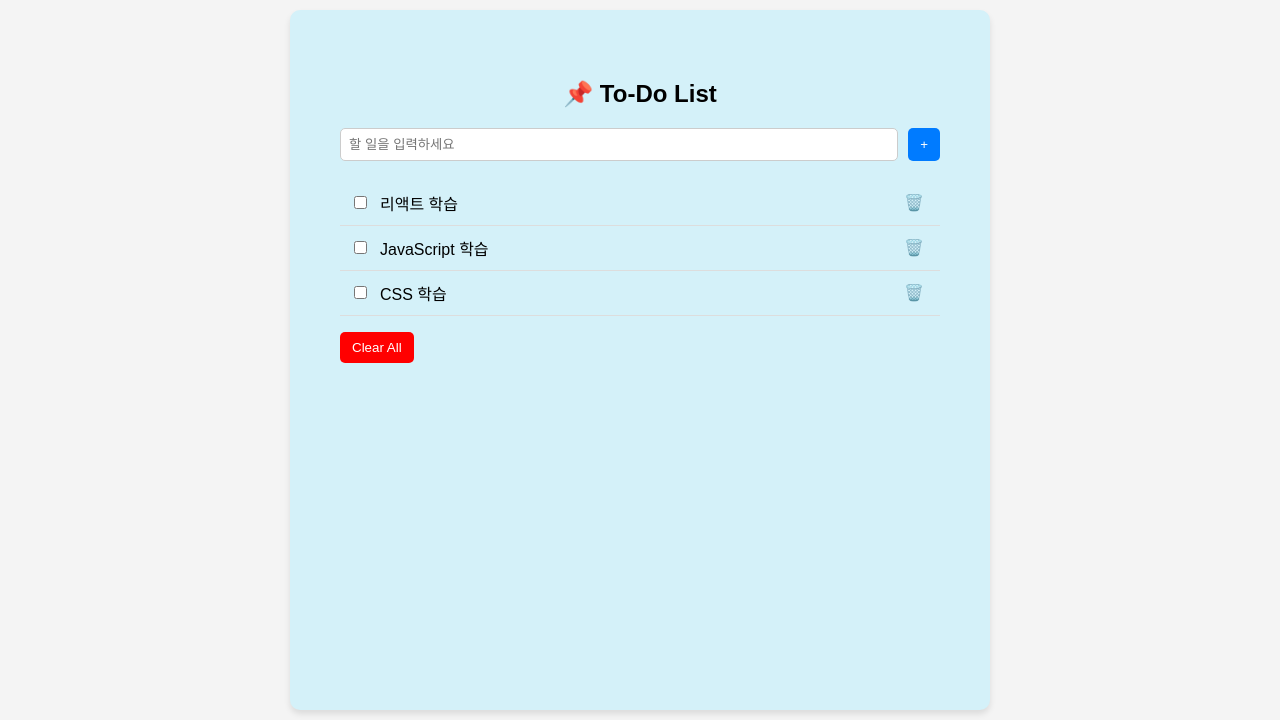
Repository: jongheonleee/todo-list
Page: /
The author's editor kept a copy of each file at every save. The page is drawn from the files as they stood at one save, then again after the next save.
The browser window is 1280 px wide. The pictures show the whole page.
The project was rebuilt for these pictures with package versions that can differ from the ones it lists, and the page was loaded fresh each time.

Above is the page before, as saved 2025-02-20 13:18:19.

After the next save:
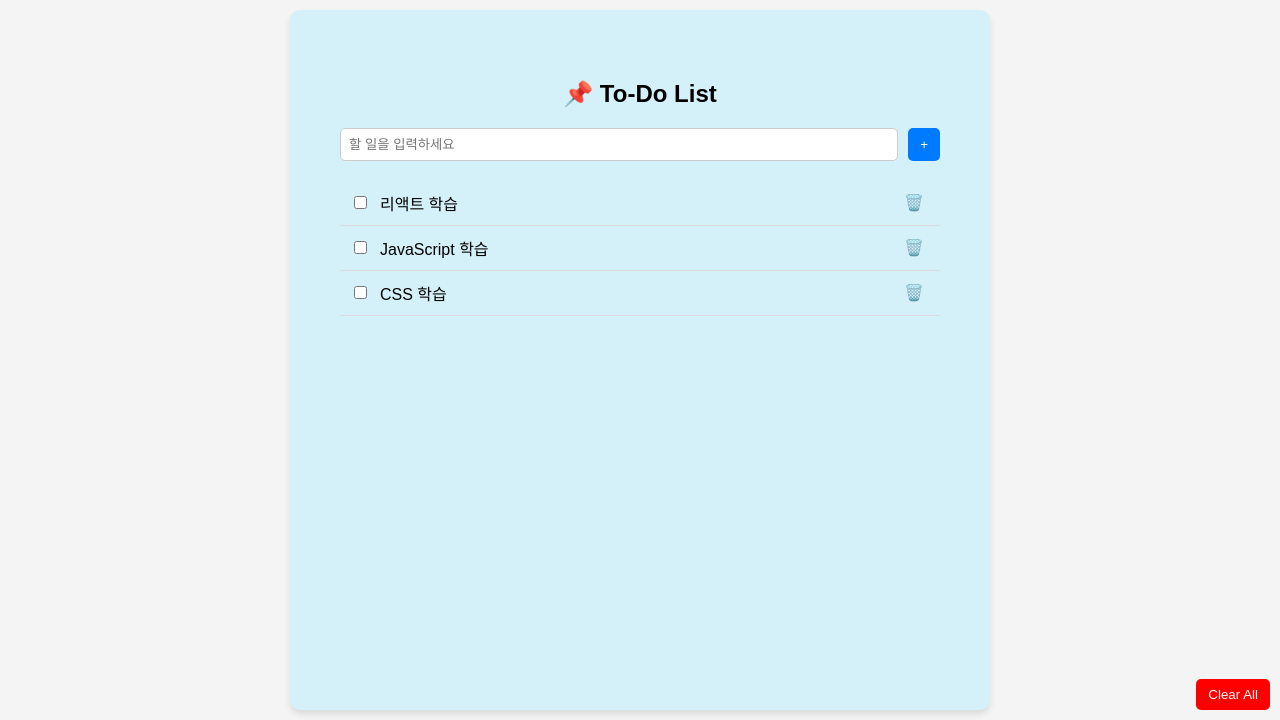
Saved 82 s later.
--- a/src/App.css
+++ b/src/App.css
@@ -87,4 +87,8 @@ input[type="text"] {
   padding: 8px 12px;
   cursor: pointer;
   border-radius: 5px;
+  position: absolute; /* 부모 컨테이너를 기준으로 위치 설정 */
+  right: 10px; /* 오른쪽에서 10px 간격 */
+  bottom: 10px; /* 아래쪽에서 10px 간격 */
+
 }
